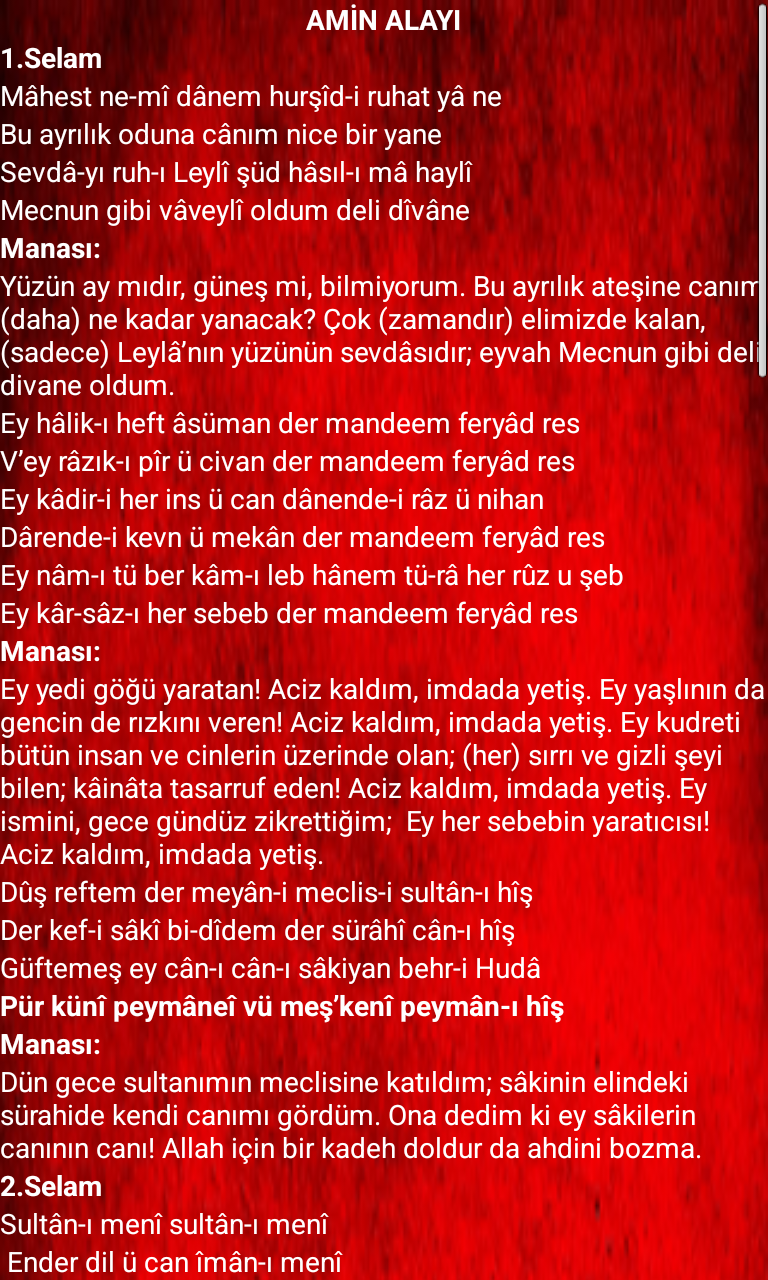
Repository: dokayazilim/Safahat-Android--Uygulamasi
Layout: safahat(android)/Safahat/res/layout/kitap31.xml
These files come from the project's save history. The layout is drawn as it stood at one moment and after the next save; the edit follows.
It is drawn on a 768 x 1280 px phone screen (xhdpi) without system bars, with theme android:Theme; the app's code is not run.

Above is the layout before, as saved 2012-09-07 16:18:37.

After the next save:
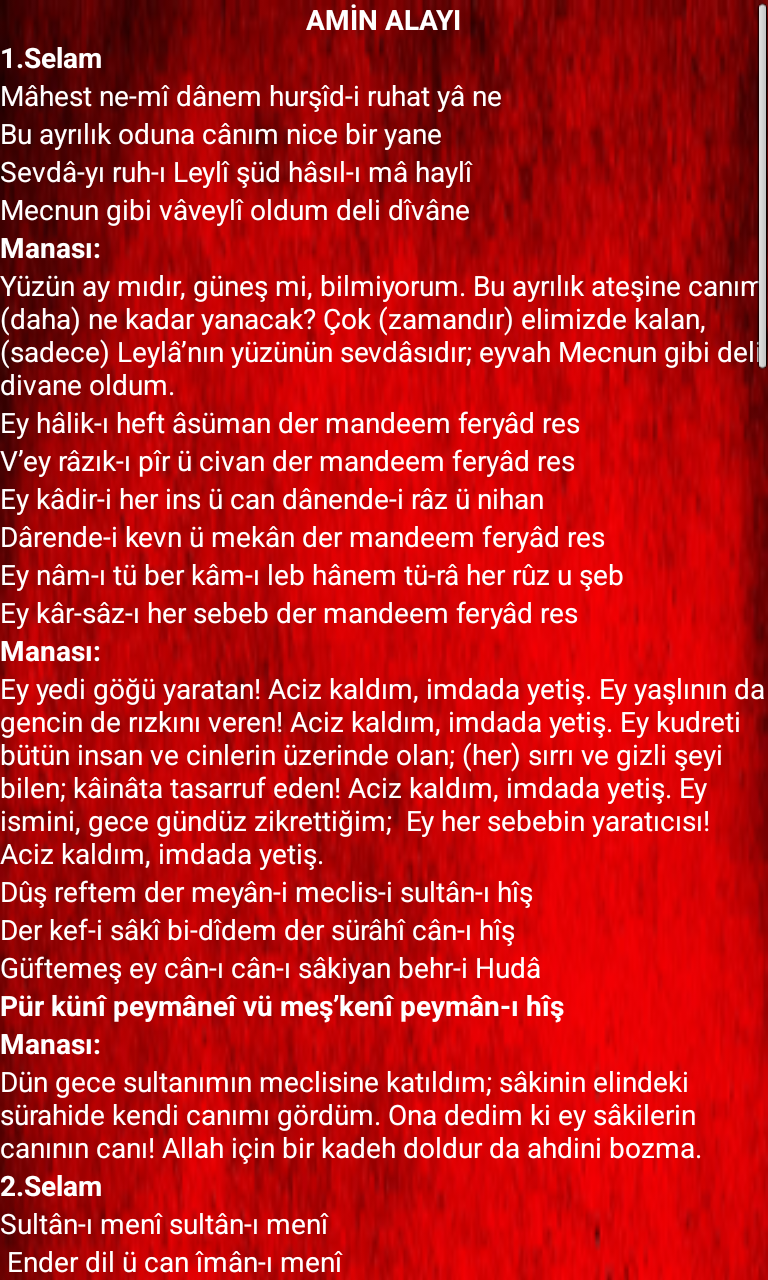
Saved 20 s later.
--- a/safahat(android)/Safahat/res/layout/kitap31.xml
+++ b/safahat(android)/Safahat/res/layout/kitap31.xml
@@ -354,7 +354,7 @@ Ey sâdıkan ey sâdıkan men nûr-i îman yâftem
         android:id="@+id/textView62"
         android:layout_width="wrap_content"
         android:layout_height="wrap_content"
-        android:text="Binlerce vücûd-i nâzenînin
+        android:text="Bugün semâ var, şarap var; devamlı sunulmada. İhsan edilen kadehler mecliste döndürülmede. “Allah sulasın” buyruğu erişti, (afiyetle) için! Ey beden bütünüyle can ol; zira safâ ehli kardeşlerdensin.
   " android:textColor="#ffffff" />
 <TextView
         android:id="@+id/textView63"
